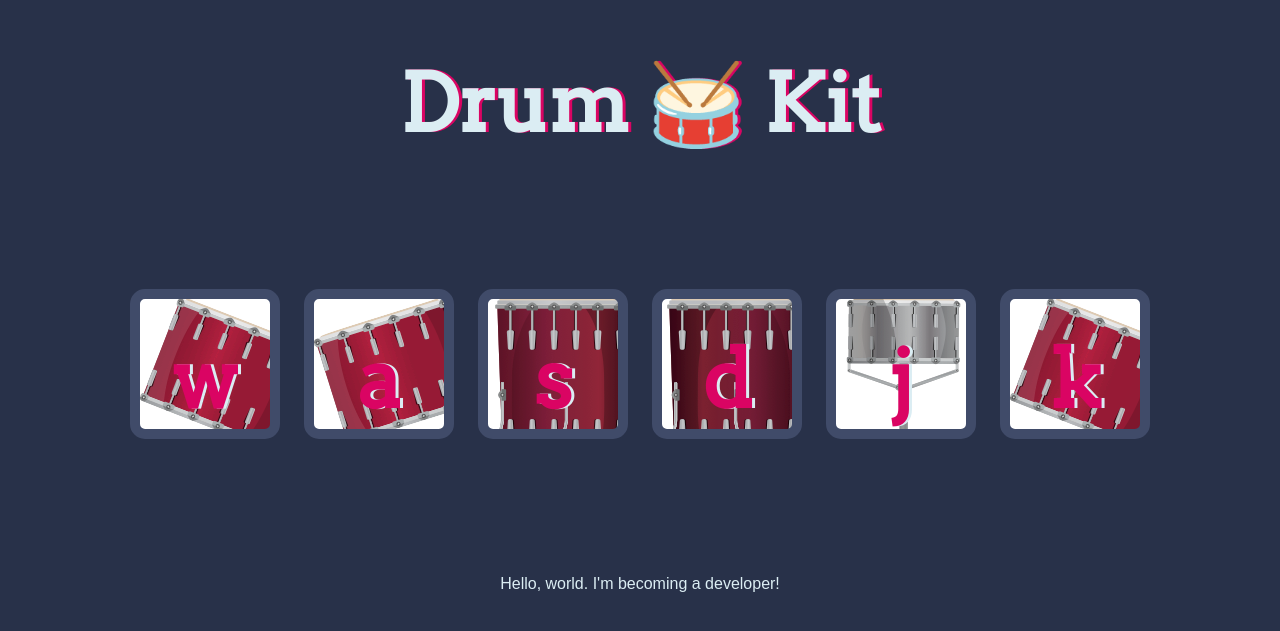
Repository: doncsar/yu-frontend-bootcamp
Page: 17-drumkit/index.html
The author's editor kept a copy of each file at every save. The page is drawn from the files as they stood at one save, then again after the next save.
The browser window is 1280 px wide. The pictures show the whole page.

Above is the page before, as saved 2024-01-27 19:25:47.

### 17-drumkit/index.html
<!DOCTYPE html>
<html lang="en">
   <head>
      <meta charset="UTF-8" />
      <meta name="viewport" content="width=device-width, initial-scale=1.0" />
      <title>Drum Kit</title>
      <link rel="stylesheet" href="style.css" />
      <script src="script.js" defer></script>
      <link
         href="https://fonts.googleapis.com/css?family=Arvo"
         rel="stylesheet"
      />
   </head>
   <body>
      <h1 id="title">Drum 🥁 Kit</h1>
      <div class="set">
         <button class="w drum">w</button>
         <button class="a drum">a</button>
         <button class="s drum">s</button>
         <button class="d drum">d</button>
         <button class="j drum">j</button>
         <button class="k drum">k</button>
      </div>
      <footer>Hello, world. I'm becoming a developer!</footer>
   </body>
</html>

### 17-drumkit/style.css
body {
  text-align: center;
  background-color: #283149;
}

h1 {
  font-size: 5rem;
  color: #DBEDF3;
  font-family: "Arvo", cursive;
  text-shadow: 3px 0 #DA0463;

}

footer {
  color: #DBEDF3;
  font-family: sans-serif;
}

.w {
 background-image: url('./resources/images/tom1.png');
}

.a {
background-image: url('./resources/images/tom2.png');
}

.s {
background-image: url('./resources/images/tom3.png');
}

.d {
background-image: url('./resources/images/tom4.png');
}

.j {
background-image: url('./resources/images/snare.png');
}

.k {
background-image: url('./resources/images/tom1.png');
}

.l {
background-image: url('./resources/images/tom1.png');
}

.set {
  margin: 10% auto;
}

.game-over {
  background-color: red;
  opacity: 0.8;
}

.pressed {
  box-shadow: 0 3px 4px 0 #DBEDF3;
  opacity: 0.5;
}

.red {
  color: red;
}

.drum {
  outline: none;
  border: 10px solid #404B69;
  font-size: 5rem;
  font-family: 'Arvo', cursive;
  line-height: 2;
  font-weight: 900;
  color: #DA0463;
  text-shadow: 3px 0 #DBEDF3;
  border-radius: 15px;
  display: inline-block;
  width: 150px;
  height: 150px;
  text-align: center;
  margin: 10px;
  background-color: white;
}

### 17-drumkit/script.js
const drums = document.querySelectorAll('.drum')

function handleCLick() {
   const drumSound = new Audio('resources/sounds/tom-1.mp3')
   drumSound.play()
}
console.log(drums);

drums.forEach(drum => drum.addEventListener('click', handleCLick))

After the next save:
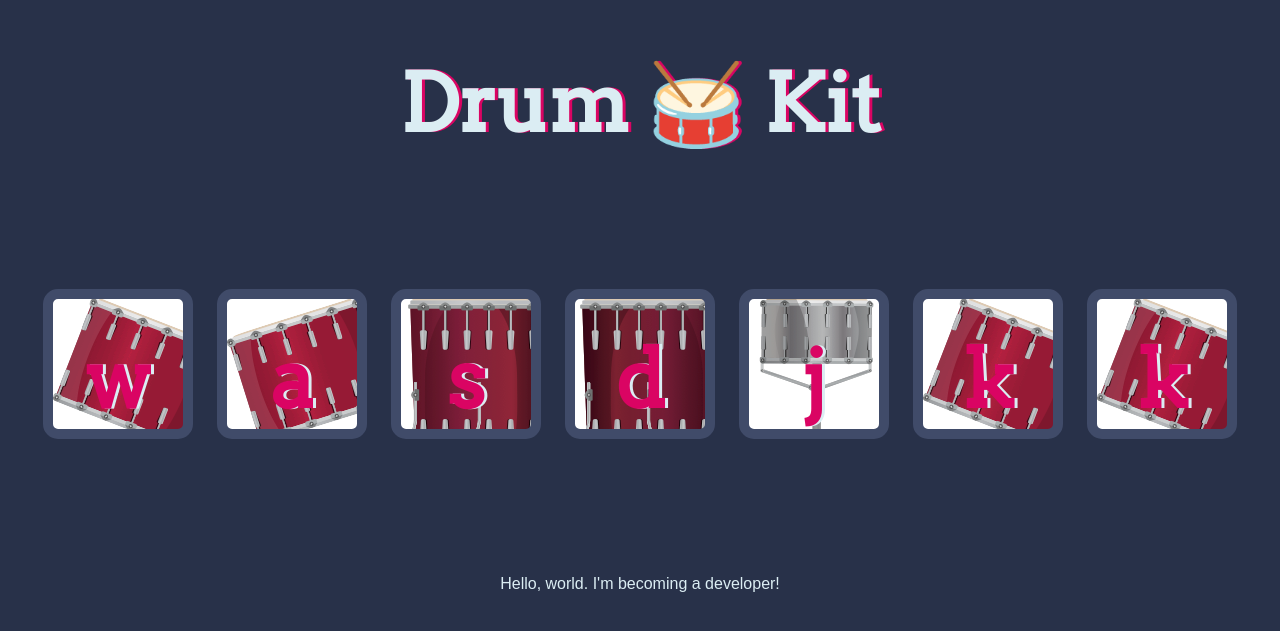
Saved 31 s later.
--- a/17-drumkit/index.html
+++ b/17-drumkit/index.html
@@ -20,6 +20,7 @@
          <button class="d drum">d</button>
          <button class="j drum">j</button>
          <button class="k drum">k</button>
+         <button class="k drum">k</button>
       </div>
       <footer>Hello, world. I'm becoming a developer!</footer>
    </body>
